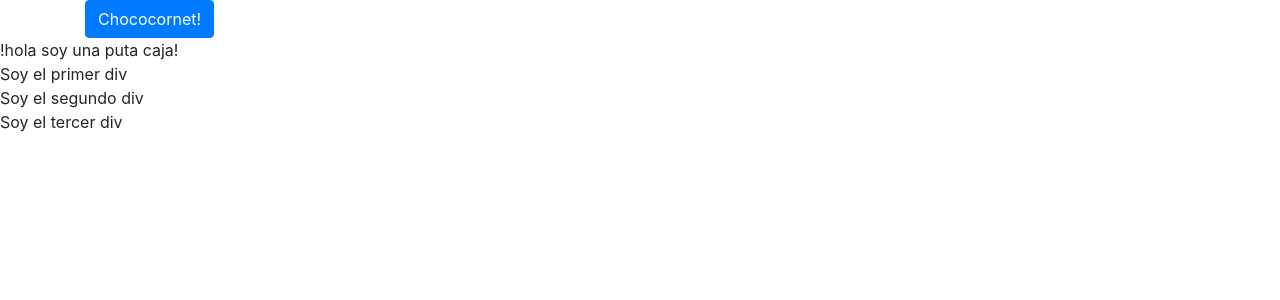
Repository: gitmadacode/practica_javascript
Page: Inicio/index.html
An editor plug-in stored every save of this project. The page is shown before and after the next save, followed by the edit.
The browser window is 1280 px wide. The pictures show the whole page.

Above is the page before, as saved 2019-09-09 17:16:39.

After the next save:
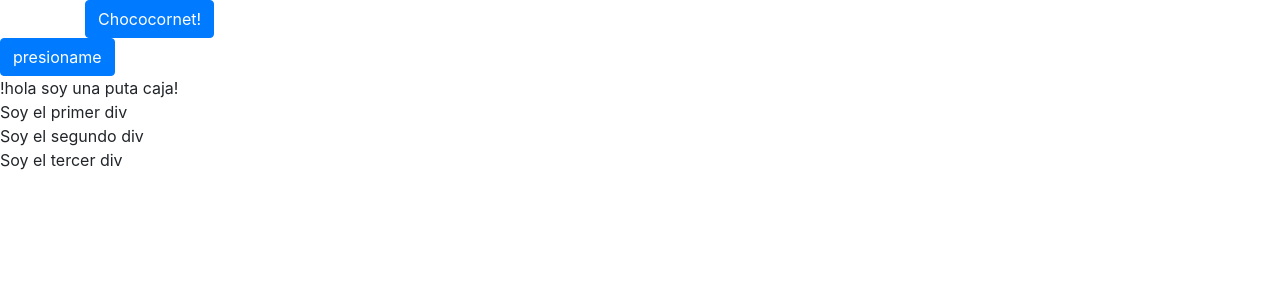
Saved 2 min 29 s later.
--- a/Inicio/index.html
+++ b/Inicio/index.html
@@ -17,6 +17,7 @@
 
         <button onclick="prueba()" type="button" class="btn btn-primary">Chococornet!</button>
     </div>
+    <button id="boton" class="btn btn-primary">presioname</button>
 <div id="micaja">!hola soy una puta caja!</div>
 <div class="amarillo">Soy el primer div</div>
 <div class="rojo">Soy el segundo div</div>
